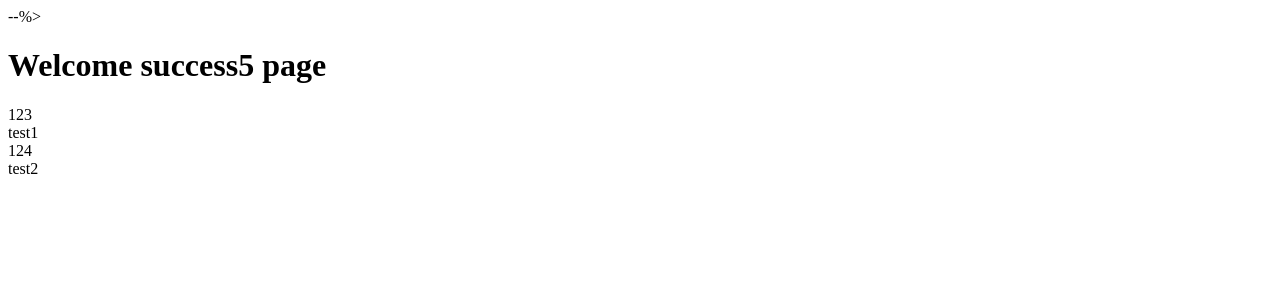
Repository: cjwarrior7/Ust_training2-of-eclipse
Page: http://localhost/SpringMVCDemo1.0/link5
The author's editor kept a copy of each file at every save. The page is drawn from the files as they stood at one save, then again after the next save.
The browser window is 1280 px wide. The pictures show the whole page.
The page is served by Tomcat 9. Other server files are loaded and not shown.

Above is the page before, as saved 2020-01-16 19:48:48.

### eclipse-workspace/SpringMVCDemo1.0/WebContent/WEB-INF/dispatcher-servlet.xml
<?xml version="1.0" encoding="UTF-8"?>
<beans xmlns="http://www.springframework.org/schema/beans"
    xmlns:xsi="http://www.w3.org/2001/XMLSchema-instance"
    xmlns:p="http://www.springframework.org/schema/p"
    xmlns:context="http://www.springframework.org/schema/context"
    xsi:schemaLocation="http://www.springframework.org/schema/beans
http://www.springframework.org/schema/beans/spring-beans-3.0.xsd
http://www.springframework.org/schema/context
http://www.springframework.org/schema/context/spring-context-3.0.xsd">

	<context:component-scan base-package="com.company.spring"></context:component-scan>

	<bean class="org.springframework.web.servlet.view.InternalResourceViewResolver">
	<property name="prefix" value="/WEB-INF/view/"></property>
	<property name="suffix" value=".jsp"></property>
	</bean>

	</beans>

### eclipse-workspace/SpringMVCDemo1.0/WebContent/WEB-INF/view/success5.jsp
<%-- <%-- <%@ page language="java" contentType="text/html; charset=ISO-8859-1"
    pageEncoding="ISO-8859-1"%> --%> --%>
    <%@ taglib uri="http://java.sun.com/jsp/jstl/core" prefix="c"%>
<!-- <!DOCTYPE html PUBLIC "-//W3C//DTD HTML 4.01 Transitional//EN" "http://www.w3.org/TR/html4/loose.dtd"> -->
<html>
    <!-- from jstl file viewall.jsp -->

<head>
<meta charset="UTF-8">
<title>Insert title here</title>
</head>
<body>
<h1>Welcome success5 page</h1>
<c:forEach var="ele" items="${list}" >
${ele.getId() }<br>
${ele.getName()}<br>
</c:forEach>


</body>
</html>

### eclipse-workspace/SpringMVCDemo1.0/src/com/company/spring/MyController.java
package com.company.spring;

import java.util.ArrayList;
import java.util.List;

import org.springframework.stereotype.Component;
import org.springframework.web.bind.annotation.RequestMapping;
import org.springframework.web.servlet.ModelAndView;

@Component
@RequestMapping("/")
public class MyController {
	@RequestMapping("/login")
	public String m1() {
		return "success1";

	}

	@RequestMapping("/register")
	public ModelAndView m2() {
		return new ModelAndView("success2");

	}

	@RequestMapping("/profile")
	public ModelAndView m3() {
		return new ModelAndView("success3", "data", "data from controller");
	}

	@RequestMapping("/link4")
	public ModelAndView m4() {
		DTO dto = new DTO();
		dto.setId(12);
		dto.setName("baburao");
		return new ModelAndView("success4", "dto", dto);
	}

	@RequestMapping("/link5")
	public ModelAndView m5() {
		DTO dto1 = new DTO();
		dto1.setId(123);
		dto1.setName("test1");
		DTO dto2 = new DTO();
		dto2.setId(124);
		dto2.setName("test2");
		List<DTO> list = new ArrayList();
		list.add(dto1);
		list.add(dto2);
		return new ModelAndView("success5", "list", list);
	}

}

### eclipse-workspace/SpringMVCDemo1.0/src/com/company/spring/DTO.java
package com.company.spring;

public class DTO {
	int id;
	String name;
	public int getId() {
		return id;
	}
	public void setId(int id) {
		this.id = id;
	}
	public String getName() {
		return name;
	}
	public void setName(String name) {
		this.name = name;
	}


}

After the next save:
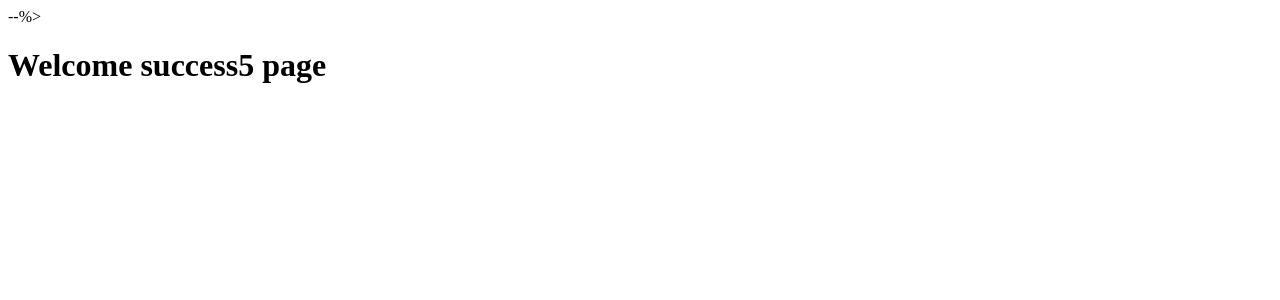
Saved 39 s later.
--- a/eclipse-workspace/SpringMVCDemo1.0/WebContent/WEB-INF/view/success5.jsp
+++ b/eclipse-workspace/SpringMVCDemo1.0/WebContent/WEB-INF/view/success5.jsp
@@ -1,6 +1,6 @@
 <%-- <%-- <%@ page language="java" contentType="text/html; charset=ISO-8859-1"
     pageEncoding="ISO-8859-1"%> --%> --%>
-    <%@ taglib uri="http://java.sun.com/jsp/jstl/core" prefix="c"%>
+    <%-- <%@ taglib uri="http://java.sun.com/jsp/jstl/core" prefix="c"%> --%>
 <!-- <!DOCTYPE html PUBLIC "-//W3C//DTD HTML 4.01 Transitional//EN" "http://www.w3.org/TR/html4/loose.dtd"> -->
 <html>
     <!-- from jstl file viewall.jsp -->
